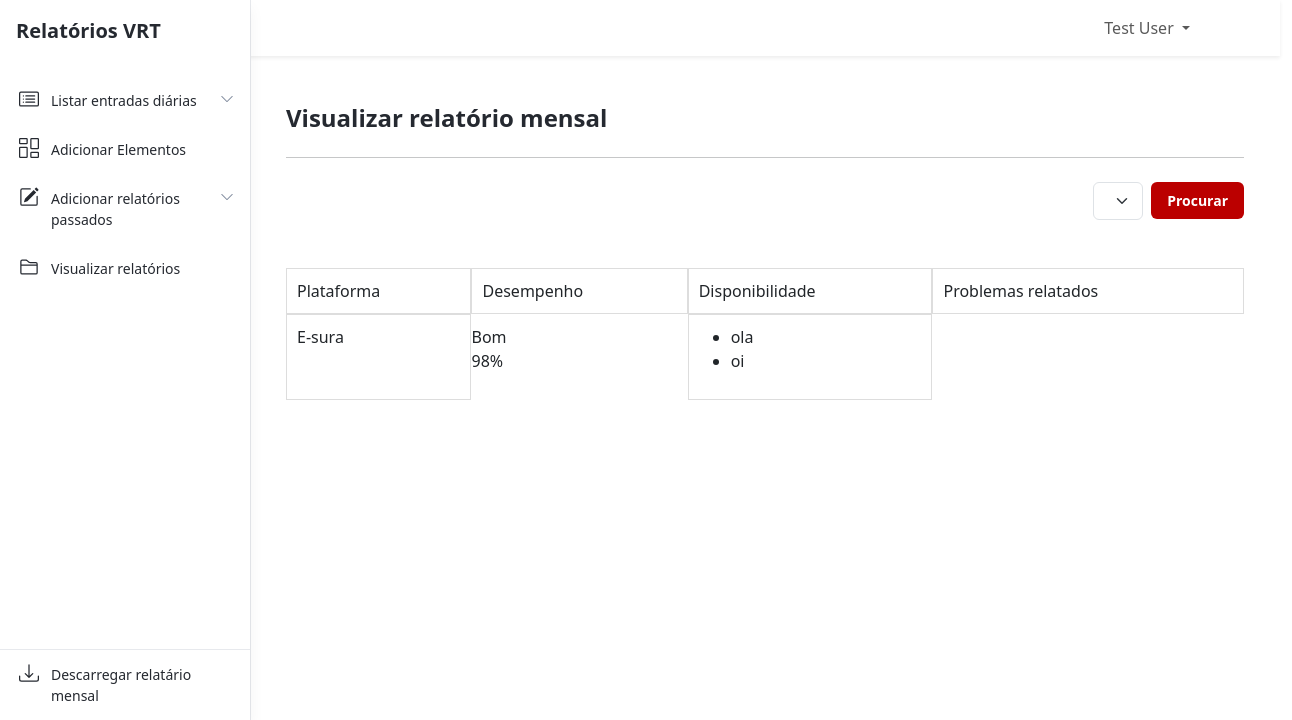
Repository: Yolanda-Marchone/Relatorios
Page: http://localhost/ver_relatorio
These files come from the project's save history. The page is drawn as it stood at one moment and after a run of saves; the edit follows.
The browser window is 1280 px wide. The page is 1292 px wide, so the pictures cover 1292 px, including what lies to the right of the window. The pictures show the whole page.
The page is served by the project's Laravel application, run on PHP 8.4 with Laravel 10. A made-up administrator, Test User (test@example.com), is signed in. Other server files are loaded and not shown. Style sheets and scripts are compiled from the project's sources, by tool versions that may differ from the author's. Queries for data that is not in the repository find no rows.

Above is the page before, as saved 2024-05-23 12:00:42.

### routes/web.php
<?php

use App\Models\Categorias;
use App\Models\Mes;
use App\Models\Rela_plataforma;
use App\Models\Relatorio_mensal;
use App\Models\User;
use Barryvdh\DomPDF\Facade\Pdf;
use GuzzleHttp\Psr7\Request;
use Illuminate\Support\Facades\Route;
use Dompdf\Dompdf;
use Dompdf\Options;

/*
|--------------------------------------------------------------------------
| Web Routes
|--------------------------------------------------------------------------
|
| Here is where you can register web routes for your application. These
| routes are loaded by the RouteServiceProvider and all of them will
| be assigned to the "web" middleware group. Make something great!
|
*/

Route::get('/', function () {
    return view('welcome');
});




Auth::routes();

Route::get('/home', [App\Http\Controllers\PlataformaController::class, 'exibir_dados_plataforma'])->name('layouts/plataforma')->middleware('auth');

Route::get('/lista_plataforma', [App\Http\Controllers\PlataformaController::class, 'exibir_dados_plataforma'])->name('layouts/plataforma')->middleware('auth');

Route::get('/lista_atividades', [App\Http\Controllers\AtividadesController::class, 'exibir_dados_atividade'])->name('layouts/atividade')->middleware('auth');

Route::get('/atividades', [App\Http\Controllers\AtividadesController::class, 'exibir_dados'])->name('layouts/cadastraratividade')->middleware('auth');

Route::get('/plataforma', [App\Http\Controllers\PlataformaController::class, 'exibir_dados'])->name('layouts/cadastrarplataforma')->middleware('auth');

Route::post('/submeter_plataformas', [App\Http\Controllers\PlataformaController::class, 'criar_relatorio_plataforma'])->name('layouts/plataforma');

Route::post('/submeter_atividades', [\App\Http\Controllers\AtividadesController::class, 'criar_relatorio_atividade'])->name('layouts/atividades');

Route::get('/gerarpdf', [\App\Http\Controllers\AtividadesController::class, 'download']);

Route::get('/selecionarmes', [\App\Http\Controllers\AtividadesController::class, 'selectmes'])->name('layouts/pdfatividades');

Route::get('/testeview', [App\Http\Controllers\AtividadesController::class, 'teste'])->name('layouts/relatorio_PDF')->middleware('auth');

Route::get('/ver_relatorio', [App\Http\Controllers\PlataformaController::class, 'ver_relatorio'])->name('layouts/ver_relatorio')->middleware('auth');

Route::get('/pdf', [App\Http\Controllers\PlataformaController::class, 'pdf']);

Route::get('/adicionar', [App\Http\Controllers\PlataformaController::class, 'adicionar_elementos'])->name('layouts/adicionar_elementos')->middleware('auth');

Route::post('/submeter_categoria', [App\Http\Controllers\PlataformaController::class, 'criar_categoria'])->name('layouts/plataforma');

Route::post('/submeter_plataforma', [App\Http\Controllers\PlataformaController::class, 'criar_plataforma'])->name('layouts/plataforma');

Route::post('/submeter_estado', [\App\Http\Controllers\AtividadesController::class, 'criar_estado'])->name('layouts/atividades');

Route::post('/submeter_solicitante', [\App\Http\Controllers\AtividadesController::class, 'criar_solicitante'])->name('layouts/atividades');

Route::get('/editar_atividades/{id}', [\App\Http\Controllers\AtividadesController::class, 'editarAtividade'])->name('layouts/editaratividades');

Route::put('/salvar_atividades/{id}', [\App\Http\Controllers\AtividadesController::class, 'editar_atividade'])->name('layouts/atividades');

Route::delete('/apagar_atividades/{id}', [\App\Http\Controllers\AtividadesController::class, 'excluir_atividade'])->name('layouts/atividades');

Route::get('/editar_plataforma/{id}', [\App\Http\Controllers\PlataformaController::class, 'editarPlataforma'])->name('layouts/editarplataforma');

Route::put('/salvar_plataforma/{id}', [\App\Http\Controllers\PlataformaController::class, 'editar_plataforma'])->name('layouts/plataforma');

Route::delete('/apagar_plataforma/{id}', [\App\Http\Controllers\PlataformaController::class, 'excluir_plataforma'])->name('layouts/plataforma');


Route:: get ('/3', function(){
$pdf= Pdf::loadView('layouts\teste');
return $pdf->download('teste.pdf');

});




Route::get('/gerar-pdf', function () {
    // Cria uma instância do Dompdf com opções padrão
    $dompdf= new Dompdf ();


    // Renderiza a view em HTML
    $html = view('layouts\teste')->render();

    // Carrega o HTML no Dompdf
    $dompdf->loadHtml($html);

    // Define o tamanho do papel e a orientação
    $dompdf->setPaper('A4', 'portrait');

    // Renderiza o PDF
    $dompdf->render();

    // Saída do PDF
    return $dompdf->stream('relatorio.pdf');
});

### app/Models/User.php
<?php

namespace App\Models;

// use Illuminate\Contracts\Auth\MustVerifyEmail;
use Illuminate\Database\Eloquent\Factories\HasFactory;
use Illuminate\Foundation\Auth\User as Authenticatable;
use Illuminate\Notifications\Notifiable;
use Laravel\Sanctum\HasApiTokens;

class User extends Authenticatable
{
    use HasApiTokens, HasFactory, Notifiable;

    /**
     * The attributes that are mass assignable.
     *
     * @var array<int, string>
     */
    protected $fillable = [
        'name',
        'email',
        'password',
    ];

    /**
     * The attributes that should be hidden for serialization.
     *
     * @var array<int, string>
     */
    protected $hidden = [
        'password',
        'remember_token',
    ];

    /**
     * The attributes that should be cast.
     *
     * @var array<string, string>
     */
    protected $casts = [
        'email_verified_at' => 'datetime',
        'password' => 'hashed',
    ];



    public function relatorio_mensal()
    {
        return $this->hasMany(Relatorio_mensal::class);

    }


}

### app/Models/Mes.php
<?php

namespace App\Models;

use Illuminate\Database\Eloquent\Factories\HasFactory;
use Illuminate\Database\Eloquent\Model;

class Mes extends Model
{
    use HasFactory;
    protected $table = 'mes';
protected $fillable = ['id', 'nome'];


public function relatorio_mensal()
{
    return $this->hasMany(Relatorio_mensal::class);

}
}

### resources/views/layouts/ver_relatorios.blade.php
@extends('layouts.app')

@section('content')


<div class="row justify-content-center">
    <div class="col-md-12">
        <div class="app-wrapper">

            <div class="app-content pt-3 p-md-3 p-lg-4">
                <div class="container-xl">

                <div class="row g-3 mb-4 align-items-center justify-content-between">
                        <div class="col-auto">
                            <h1 class="app-page-title mb-0">Visualizar relatório mensal</h1>
                        </div>
                </div>
                <hr class="mb-4">
                <div class="col-auto">
                             <div class="page-utilities">
                                <div class="row g-2 justify-content-start justify-content-md-end align-items-center">
                                    <div class="col-auto">


                                    </div><!--//col-->

                                    <div class="col-auto">
                                    <select class="form-select w-auto"  name="mes_selecionado" id="mes_selecionado" required>
                                        @foreach($mes as $mes)


                                              <option selected value="{{$mes->id}}">{{$mes->nome}}</option>

                                        @endforeach

                                        </select>
                                    </div>



                                    <div class="col-auto">
                                    <button type="submit" class="btn app-btn-primary" >Procurar</button>
                                    </div>


                                </div><!--//row-->
                            </div><!--//table-utilities-->
                        </div><!--//col-auto-->
</br>
</br>
    <div class="table-desktop">
        <div class="table-row">
            <div class="table-cell">Plataforma</div>
            <div class="table-cell">Desempenho</div>
            <div class="table-cell">Disponibilidade</div>
            <div class="table-cell">Problemas relatados</div>
        </div>


        <div class="table-row">

    <div class="table-cell">E-sura</div>
    <div class="table-center">Bom</div>
    <div class="table-center">98%</div>
    <div class="table-cell">

    <ul>

    <li>
        ola
    </li>
    <li>
        oi
    </li>
    </ul>
    </div>


    </div>




                </div>
            </div>
        </div>
    </div>
</div>
<style>



    /* Estilos para desktop */
    .table-desktop {
        display: table;
        width: 100%;
    }
    .table-row {
        display: table-row;
    }
    .table-cell {
        display: table-cell;
        padding: 10px;
        border: 1px solid #ddd;
    }
    /* Estilos para mobile */
    .table-mobile {
        display: none;
    }
    .table-mobile-header {
        display: block;
        font-weight: bold;
    }
    @media only screen and (max-width: 600px) {
        .table-desktop {
            display: none;
        }
        .table-mobile {
            display: block;
            width: 100%;
        }
        .table-cell {
            display: block;
            padding: 10px;
            border: none;
            border-bottom: 1px solid #ddd;
        }
        .table-center {
            display: block;
            padding: 10px;
            border: none;
            border-bottom: 1px solid #ddd;
            text-align: center;

        }
    }
</style>
@endsection

### resources/views/layouts/app.blade.php
<!doctype html>
<html lang="{{ str_replace('_', '-', app()->getLocale()) }}">
<head>
    <meta charset="utf-8">
    <meta name="viewport" content="width=device-width, initial-scale=1">

    <!-- CSRF Token -->
    <meta name="csrf-token" content="{{ csrf_token() }}">

    <title>Relatórios</title>

    <!-- Fonts -->
    <link rel="dns-prefetch" href="//fonts.bunny.net">
    <script defer src="resources/js/all.min.js"></script>
    <link id="theme-style" rel="stylesheet" href="resources/css/ap.css">

    <!-- Scripts -->
@vite(['resources/css/ap.css', 'resources/js/app.js'])

</head>
<body>
    <div id="app">

        <nav class="navbar navbar-expand-md navbar-light bg-white shadow-sm">
            <div class="container">
                <a class="navbar-brand" href="{{ url('/') }}">

                </a>
                <button class="navbar-toggler" type="button" data-bs-toggle="collapse" data-bs-target="#navbarSupportedContent" aria-controls="navbarSupportedContent" aria-expanded="false" aria-label="{{ __('Toggle navigation') }}">
                    <span class="navbar-toggler-icon"></span>
                </button>

                <div class="collapse navbar-collapse" id="navbarSupportedContent">
                    <!-- Left Side Of Navbar -->
                    <ul class="navbar-nav me-auto">

                    </ul>

                    <!-- Right Side Of Navbar -->
                    <ul class="navbar-nav ms-auto">
                        <!-- Authentication Links -->
                        @guest
                            @if (Route::has('login'))
                                <li class="nav-item">
                                    <a class="nav-link" href="{{ route('login') }}">{{ __('Entrar') }}</a>
                                </li>
                            @endif

                            @if (Route::has('register'))
                                <li class="nav-item">
                                    <a class="nav-link" href="{{ route('register') }}">{{ __('Cadastrar') }}</a>
                                </li>
                            @endif
                        @else
                            <li class="nav-item dropdown">
                                <a id="navbarDropdown" class="nav-link dropdown-toggle" href="#" role="button" data-bs-toggle="dropdown" aria-haspopup="true" aria-expanded="false" v-pre>
                                    {{ Auth::user()->name }}
                                </a>

                                <div class="dropdown-menu dropdown-menu-end" aria-labelledby="navbarDropdown">
                                    <a class="dropdown-item" href="{{ route('logout') }}"
                                       onclick="event.preventDefault();
                                                     document.getElementById('logout-form').submit();">
                                        {{ __('Sair') }}
                                    </a>

                                    <form id="logout-form" action="{{ route('logout') }}" method="POST" class="d-none">
                                        @csrf
                                    </form>
                                </div>
                            </li>
                        @endguest
                    </ul>
                </div>
            </div>

        </nav>


        <div id="app-sidepanel" class="app-sidepanel">
	        <div id="sidepanel-drop" class="sidepanel-drop"></div>
	        <div class="sidepanel-inner d-flex flex-column">
		        <a href="#" id="sidepanel-close" class="sidepanel-close d-xl-none">&times;</a>
		        <div class="app-branding">
		            <a class="app-logo" href="{{ url('/') }}"><span class="logo-text">Relatórios VRT</span></a>

		        </div><!--//app-branding-->


			    <nav id="app-nav-main" class="app-nav app-nav-main flex-grow-1">
				    <ul class="app-menu list-unstyled accordion" id="menu-accordion">

                    <li class="nav-item has-submenu">
					        <!--//Bootstrap Icons: https://icons.getbootstrap.com/ -->
					        <a class="nav-link submenu-toggle" href="#" data-bs-toggle="collapse" data-bs-target="#submenu-1" aria-expanded="false" aria-controls="submenu-1">
						        <span class="nav-icon">
                                <svg width="1em" height="1em" viewBox="0 0 16 16" class="bi bi-card-list" fill="currentColor" xmlns="http://www.w3.org/2000/svg">
  <path fill-rule="evenodd" d="M14.5 3h-13a.5.5 0 0 0-.5.5v9a.5.5 0 0 0 .5.5h13a.5.5 0 0 0 .5-.5v-9a.5.5 0 0 0-.5-.5zm-13-1A1.5 1.5 0 0 0 0 3.5v9A1.5 1.5 0 0 0 1.5 14h13a1.5 1.5 0 0 0 1.5-1.5v-9A1.5 1.5 0 0 0 14.5 2h-13z"/>
  <path fill-rule="evenodd" d="M5 8a.5.5 0 0 1 .5-.5h7a.5.5 0 0 1 0 1h-7A.5.5 0 0 1 5 8zm0-2.5a.5.5 0 0 1 .5-.5h7a.5.5 0 0 1 0 1h-7a.5.5 0 0 1-.5-.5zm0 5a.5.5 0 0 1 .5-.5h7a.5.5 0 0 1 0 1h-7a.5.5 0 0 1-.5-.5z"/>
  <circle cx="3.5" cy="5.5" r=".5"/>
  <circle cx="3.5" cy="8" r=".5"/>
  <circle cx="3.5" cy="10.5" r=".5"/></svg>
						         </span>
                                 <span class="nav-link-text">Listar entradas diárias</span>
		                         <span class="submenu-arrow">
		                             <svg width="1em" height="1em" viewBox="0 0 16 16" class="bi bi-chevron-down" fill="currentColor" xmlns="http://www.w3.org/2000/svg">
	  <path fill-rule="evenodd" d="M1.646 4.646a.5.5 0 0 1 .708 0L8 10.293l5.646-5.647a.5.5 0 0 1 .708.708l-6 6a.5.5 0 0 1-.708 0l-6-6a.5.5 0 0 1 0-.708z"/>
	</svg>
					        </a><!--//nav-link-->
					        <div id="submenu-1" class="collapse submenu submenu-1" data-bs-parent="#menu-accordion">
						        <ul class="submenu-list list-unstyled">
                                <li class="submenu-item"><a class="submenu-link" href="{{ url('/lista_atividades') }}">Atividades</a></li>
							    <li class="submenu-item"><a class="submenu-link" href="{{ url('/lista_plataforma') }}">Plataforma</a></li>
						        </ul>
					        </div>
					    </li>

                        <li class="nav-item">
					        <!--//Bootstrap Icons: https://icons.getbootstrap.com/ -->
					        <a class="nav-link" href="{{ url('/adicionar') }}">
						        <span class="nav-icon">
                                <svg width="1em" height="1em" viewBox="0 0 16 16" class="bi bi-columns-gap" fill="currentColor" xmlns="http://www.w3.org/2000/svg">
	  <path fill-rule="evenodd" d="M6 1H1v3h5V1zM1 0a1 1 0 0 0-1 1v3a1 1 0 0 0 1 1h5a1 1 0 0 0 1-1V1a1 1 0 0 0-1-1H1zm14 12h-5v3h5v-3zm-5-1a1 1 0 0 0-1 1v3a1 1 0 0 0 1 1h5a1 1 0 0 0 1-1v-3a1 1 0 0 0-1-1h-5zM6 8H1v7h5V8zM1 7a1 1 0 0 0-1 1v7a1 1 0 0 0 1 1h5a1 1 0 0 0 1-1V8a1 1 0 0 0-1-1H1zm14-6h-5v7h5V1zm-5-1a1 1 0 0 0-1 1v7a1 1 0 0 0 1 1h5a1 1 0 0 0 1-1V1a1 1 0 0 0-1-1h-5z"/>
	</svg>

</svg>
						         </span>
		                         <span class="nav-link-text">Adicionar Elementos</span>

					        </a><!--//nav-link-->
					    </li><!--//nav-item-->
					    <li class="nav-item has-submenu">

					        <a class="nav-link submenu-toggle" href="#" data-bs-toggle="collapse" data-bs-target="#submenu-2" aria-expanded="false" aria-controls="submenu-2">
						        <span class="nav-icon">
                                <svg xmlns="http://www.w3.org/2000/svg" width="16" height="16" fill="currentColor" class="bi bi-pencil-square" viewBox="0 0 16 16">
  <path d="M15.502 1.94a.5.5 0 0 1 0 .706L14.459 3.69l-2-2L13.502.646a.5.5 0 0 1 .707 0l1.293 1.293zm-1.75 2.456-2-2L4.939 9.21a.5.5 0 0 0-.121.196l-.805 2.414a.25.25 0 0 0 .316.316l2.414-.805a.5.5 0 0 0 .196-.12l6.813-6.814z"/>
  <path fill-rule="evenodd" d="M1 13.5A1.5 1.5 0 0 0 2.5 15h11a1.5 1.5 0 0 0 1.5-1.5v-6a.5.5 0 0 0-1 0v6a.5.5 0 0 1-.5.5h-11a.5.5 0 0 1-.5-.5v-11a.5.5 0 0 1 .5-.5H9a.5.5 0 0 0 0-1H2.5A1.5 1.5 0 0 0 1 2.5z"/>
</svg>
						         </span>
		                         <span class="nav-link-text">Adicionar relatórios passados</span>
		                         <span class="submenu-arrow">
		                             <svg width="1em" height="1em" viewBox="0 0 16 16" class="bi bi-chevron-down" fill="currentColor" xmlns="http://www.w3.org/2000/svg">
	  <path fill-rule="evenodd" d="M1.646 4.646a.5.5 0 0 1 .708 0L8 10.293l5.646-5.647a.5.5 0 0 1 .708.708l-6 6a.5.5 0 0 1-.708 0l-6-6a.5.5 0 0 1 0-.708z"/>
	</svg>
	                             </span>
					        </a>
					        <div id="submenu-2" class="collapse submenu submenu-2" data-bs-parent="#menu-accordion">
						        <ul class="submenu-list list-unstyled">
                                <li class="submenu-item"><a class="submenu-link" href="{{ url('/lista_atividades') }}">Atividades</a></li>
							    <li class="submenu-item"><a class="submenu-link" href="{{ url('/lista_plataforma') }}">Plataforma</a></li>
						        </ul>
					        </div>
					    </li><!--//nav-item-->



                              <li class="nav-item">
					        <!--//Bootstrap Icons: https://icons.getbootstrap.com/ -->
					        <a class="nav-link" href="{{ url('/ver_relatorio') }}">
						        <span class="nav-icon">
                                <svg xmlns="http://www.w3.org/2000/svg" width="16" height="16" fill="currentColor" class="bi bi-folder2" viewBox="0 0 16 16">
  <path d="M1 3.5A1.5 1.5 0 0 1 2.5 2h2.764c.958 0 1.76.56 2.311 1.184C7.985 3.648 8.48 4 9 4h4.5A1.5 1.5 0 0 1 15 5.5v7a1.5 1.5 0 0 1-1.5 1.5h-11A1.5 1.5 0 0 1 1 12.5zM2.5 3a.5.5 0 0 0-.5.5V6h12v-.5a.5.5 0 0 0-.5-.5H9c-.964 0-1.71-.629-2.174-1.154C6.374 3.334 5.82 3 5.264 3zM14 7H2v5.5a.5.5 0 0 0 .5.5h11a.5.5 0 0 0 .5-.5z"/>
</svg>

						         </span>

                                 <span class="nav-link-text">Visualizar relatórios</span>
					        </a><!--//nav-link-->
					    </li><!--//nav-item-->



					        </a><!--//nav-link-->
					    </li><!--//nav-item-->
				    </ul><!--//app-menu-->
			    </nav><!--//app-nav-->



			    <div class="app-sidepanel-footer">
				    <nav class="app-nav app-nav-footer">
					    <ul class="app-menu footer-menu list-unstyled">
						   <li class="nav-item">
						        <!--//Bootstrap Icons: https://icons.getbootstrap.com/ -->
						        <a class="nav-link" href="/lista_plataforma">
							        <span class="nav-icon">
							            <svg width="1em" height="1em" viewBox="0 0 16 16" class="bi bi-download" fill="currentColor" xmlns="http://www.w3.org/2000/svg">
	  <path fill-rule="evenodd" d="M.5 9.9a.5.5 0 0 1 .5.5v2.5a1 1 0 0 0 1 1h12a1 1 0 0 0 1-1v-2.5a.5.5 0 0 1 1 0v2.5a2 2 0 0 1-2 2H2a2 2 0 0 1-2-2v-2.5a.5.5 0 0 1 .5-.5z"/>
	  <path fill-rule="evenodd" d="M7.646 11.854a.5.5 0 0 0 .708 0l3-3a.5.5 0 0 0-.708-.708L8.5 10.293V1.5a.5.5 0 0 0-1 0v8.793L5.354 8.146a.5.5 0 1 0-.708.708l3 3z"/>
	</svg>
							        </span>
			                        <span class="nav-link-text">Descarregar relatário mensal</span>
						        </a><!--//nav-link-->
						    </li><!--//nav-item-->


					    </ul><!--//footer-menu-->
				    </nav>
			    </div><!--//app-sidepanel-footer-->

	        </div><!--//sidepanel-inner-->
	    </div><!--//app-sidepanel-->

        <main class="py-4">
            @yield('content')
        </main>
    </div>
</body>
</html>

Loaded but not shown: app/Http/Controllers/Auth/ConfirmPasswordController.php (common file); app/Http/Controllers/Controller.php (common file); resources/css/ap.css (library); app/Http/Controllers/PlataformaController.php (434 lines, source omitted)

After the next 2 saves:
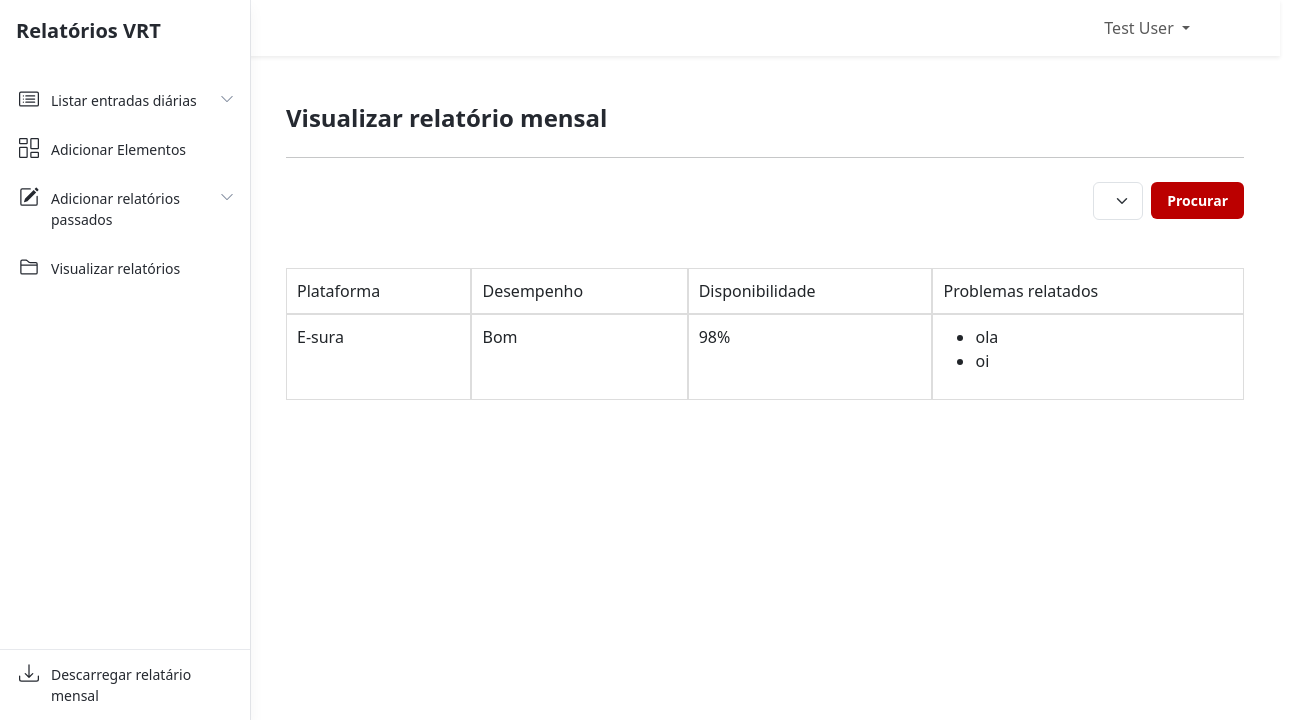
The 2 saves are shown as one change because they came seconds apart.
The last was saved 17 s later.
--- a/resources/views/layouts/ver_relatorios.blade.php
+++ b/resources/views/layouts/ver_relatorios.blade.php
@@ -60,8 +60,8 @@
         <div class="table-row">
 
     <div class="table-cell">E-sura</div>
-    <div class="table-center">Bom</div>
-    <div class="table-center">98%</div>
+    <div class="table-cell">Bom</div>
+    <div class="table-cell">98%</div>
     <div class="table-cell">
 
     <ul>
